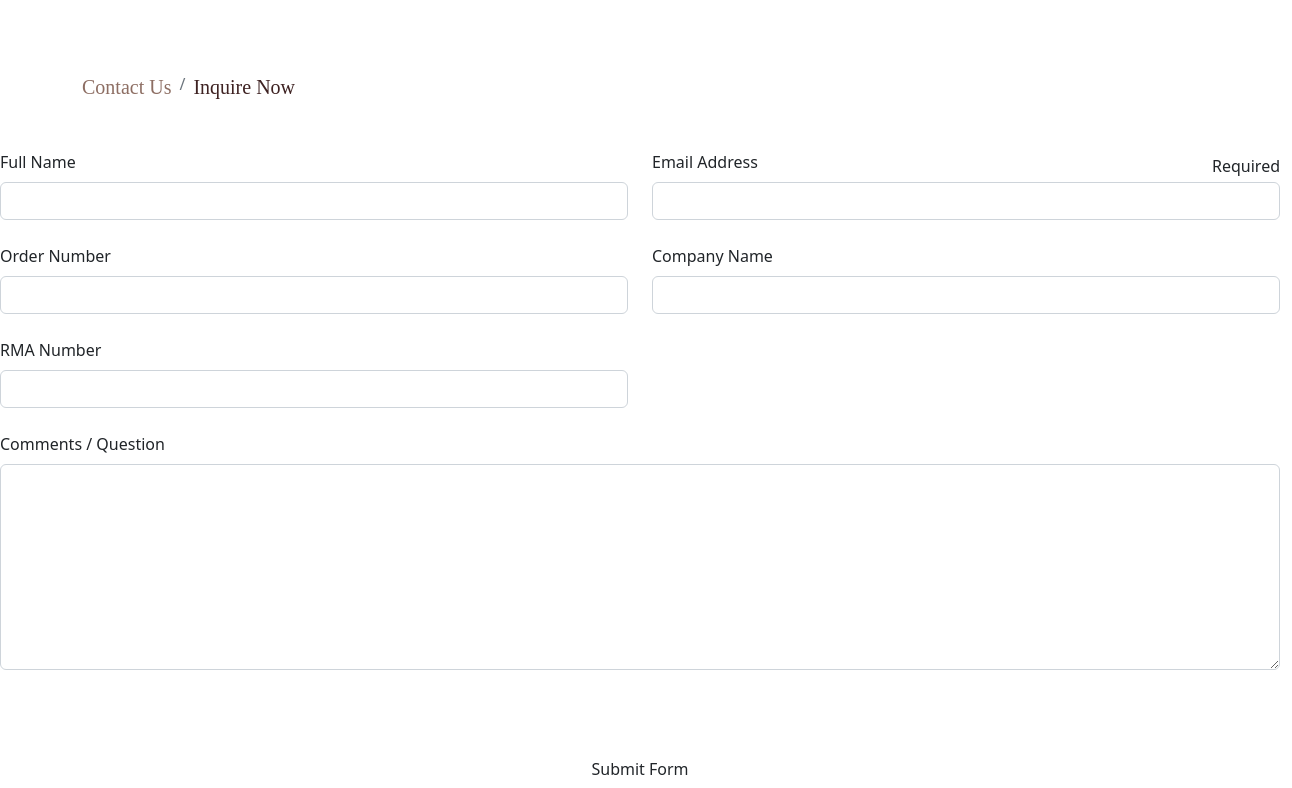
Repository: kaushalyaweerakoon/Plantation-Villa
Page: contact-us.html
An editor plug-in stored every save of this project. The page is shown before and after the next save, followed by the edit.
The browser window is 1280 px wide. The page is 1292 px wide, so the pictures cover 1292 px, including what lies to the right of the window. The pictures show the part of the page from y = 1313 to 2101 px (the page is 2101 px tall before and 1913 px after).
Some web fonts or font styles are not loaded; a fallback is used.

Above is the page before, as saved 2022-08-15 14:55:18.
Not found: assets/js/main.js

### contact-us.html
<!doctype html>
<html lang="en">

<head>
    <meta charset="utf-8">
    <meta name="viewport" content="width=device-width, initial-scale=1">

    <title>Plantation Villa| News Inner</title>

    <!-- Bootstrap css -->
    <link href="https://cdn.jsdelivr.net/npm/bootstrap@5.2.0-beta1/dist/css/bootstrap.min.css" rel="stylesheet"
        integrity="sha384-0evHe/X+R7YkIZDRvuzKMRqM+OrBnVFBL6DOitfPri4tjfHxaWutUpFmBp4vmVor" crossorigin="anonymous">

    <!-- fonts -->
    <link href="http://fonts.cdnfonts.com/css/segoe-ui-4" rel="stylesheet">
    <link rel="preconnect" href="https://fonts.googleapis.com">
    <link rel="preconnect" href="https://fonts.gstatic.com" crossorigin>

    <!-- swiperJS -->
    <link rel="stylesheet" href="https://unpkg.com/swiper@8/swiper-bundle.min.css" />

    <!-- custom css -->
    <link rel="stylesheet" href="asserts/css/main.css">

</head>


<!-- Section 2-->
<section class="container mt-md-4 mt-3 mb-5 pb-4">
    <p class="title pt-3">CONTACT US</p>

    <div class="text-center" id="">
        <p class="text">
            Lorem ipsum dolor sit amet, consectetur adipiscing elit. Cras cursus velit eu efficitur ultricies. Ut
            interdum et ipsum quis mattis. Sed bibendum arcu non sodales euismod. Proin ac metus quis ligula tempus
            commodo id a nunc.
        </p>
    </div>
</section>

<div class="container pb-4">
    <!-- Breadcrumb -->
    <nav aria-label="" class="mt-5 mb-4 ">
        <ol class="breadcrumb">
            <li class="breadcrumb-item"><a href="" class="breadcrumb-text fs-13-px text-font-family">Contact
                    Us </a>
            <li class="breadcrumb-item"><a href="" aria-current="page"
                    class="breadcrumb-text active fs-13-px text-font-family">Get In Touch</a>
            </li>
        </ol>
    </nav>
    <!--/ Breadcrumb -->

    <div class="row gy-3 gx-4">
        <div class="col-md-4 col-xl-2 pe-xl-5">

            <div class="col-xl-12 pb-5">
                <p class="country-text">Sri Lanka</p>
                <p class="">Wattalaya Watta,<br>
                    Nehinna, Dodangoda,<br>
                    Kalutara, Sri Lanka</p>
                <ul class="list-unstyled">
                    <li><a class="mb-3 lh-lg text-dark text-decoration-none"
                            href="reservations@srimal.com">reservations@srimal.com</a>
                    </li>
                    <li><a class="text-dark text-decoration-none" href="tel:++090123456789">+090123456789</a></li>
                </ul>
            </div>
        </div>

        <div class="col-md-4 col-xl-2 pe-xl-5">
        </div>

        <div class="col-md-4 col-xl-2 pe-xl-5">
            <div class="col-xl-12 pb-5">
                <p class="country-text">UK</p>
                <p class="">Wattalaya Watta,<br>
                    Nehinna, Dodangoda,<br>
                    Kalutara, Sri Lanka</p>
                <ul class="list-unstyled">
                    <li><a class="mb-3 lh-lg text-dark text-decoration-none"
                            href="reservations@srimal.com">reservations@srimal.com</a>
                    </li>
                    <li><a class="text-dark text-decoration-none" href="tel:++090123456789">+090123456789</a></li>
                </ul>
            </div>

        </div>
    </div>
</div>


<!-- map section-->
<section class="container mt-md-4 mt-3 mb-5 pb-4">

    <div class="ratio" style="--bs-aspect-ratio: 50%;">
        <iframe
            src="https://www.google.com/maps/embed?pb=!1m14!1m8!1m3!1d52824.16461165647!2d80.37247646048803!3d7.61515466786648!3m2!1i1024!2i768!4f13.1!3m3!1m2!1s0x3ae333391ecc0a0d%3A0x8a95434c984a12bf!2sARALIYA%20HOTEL!5e0!3m2!1sen!2slk!4v1660547131912!5m2!1sen!2slk"
            width="600" height="450" style="border:0;" allowfullscreen="" loading="lazy"
            referrerpolicy="no-referrer-when-downgrade"></iframe>
    </div>
</section>
<!-- map section -->

<!-- Breadcrumb -->
<div class="container pb-4">
    <nav aria-label="" class="mt-5 mb-4 ">
        <ol class="breadcrumb">
            <li class="breadcrumb-item"><a href="" class="breadcrumb-text fs-13-px text-font-family">Contact
                    Us </a>
            <li class="breadcrumb-item"><a href="" aria-current="page"
                    class="breadcrumb-text active fs-13-px text-font-family">Inquire Now</a>
            </li>
        </ol>
    </nav>
</div>
<!--/ Breadcrumb -->

<div id="contact-us">
    <form>
        <div class="row row-cols-1 row-cols-md-2 mb-5 pb-2">
            <div class="col mb-4">
                <label for="fullname" class="form-label">Full Name</label>
                <input type="text" class="form-control" id="fullname" aria-describedby="emailHelp">
            </div>

            <div class="col mb-4">
                <div class="d-flex justify-content-between align-items-center">
                    <label for="emailaddress" class="form-label">Email Address</label>
                    <label class="required">Required</label>
                </div>
                <input type="email" class="form-control" id="emailaddress" aria-describedby="emailHelp">
            </div>
            <div class="col mb-4">
                <label for="order" class="form-label">Order Number</label>
                <input type="text" class="form-control" id="order">
            </div>
            <div class="col mb-4">
                <label for="company" class="form-label">Company Name</label>
                <input type="text" class="form-control" id="company" aria-describedby="emailHelp">
            </div>
            <div class="col mb-4">
                <label for="rma" class="form-label">RMA Number</label>
                <input type="text" class="form-control" id="rma">
            </div>
            <div class="col-md-12 mb-4">
                <label for="comment" class="form-label">Comments / Question</label>
                <textarea class="form-control h-auto" id="comment" rows="8"></textarea>
            </div>
        </div>
        <div class="d-flex justify-content-center">
            <button type="submit" class="btn submit-form-button text-font-family fs-18-px">Submit Form</button>
        </div>
    </form>
</div>
</section>



<!-- bootstrap -->
<script src="https://cdn.jsdelivr.net/npm/bootstrap@5.2.0-beta1/dist/js/bootstrap.bundle.min.js"
    integrity="sha384-pprn3073KE6tl6bjs2QrFaJGz5/SUsLqktiwsUTF55Jfv3qYSDhgCecCxMW52nD2"
    crossorigin="anonymous"></script>

<!-- swiperJS -->
<script src="https://unpkg.com/swiper@8/swiper-bundle.min.js"></script>

<!-- custom script -->
<script src="assets/js/main.js"></script>


</body>

</html>

### asserts/css/main.css
/* Call the root */
:root {
  --Lora-font: 'Lora';
  --Segoe-font: 'Segoe UI';

  --font-size-14px: 18px;
  --font-size-20px: 20px;
  --font-size-22px: 22px;
  --font-size-25px: 25px;
  --font-size-30px: 30px;
  --font-size-35px: 35px;
  --font-size-40px: 40px;

  --font-color-8d6e63: #8d6e63;
  --font-color-3e2222: #3e2222;
  --bggreen: #7d824a;
  --co-white: #ffffff;
}

/* Create clases for fronts */
.Lora-ff {
  font-family: var(--Lora-font);
}

.Segoe-ff {
  font-family: var(--Segoe-font);
}

/* Create clases for front sizes*/
.fs-18-px {
  font-size: var(--font-size-18px)
}

.fs-20-px {
  font-size: var(--font-size-20px)
}

.fs-22-px {
  font-size: var(--font-size-22px)
}

.fs-25-px {
  font-size: var(--font-size-22px)
}

.fs-30-px {
  font-size: var(--font-size-30px)
}

.fs-35-px {
  font-size: var(--font-size-35px)
}

.fs-40-px {
  font-size: var(--font-size-40px)
}

/* Color */
.txt-purple {
  color: var(--font-color-8d6e63)
}

.txt-red {
  color: var(--font-color-3e2222)
}

/* news inner */

/* Breadcrumb */
.breadcrumb-text {
  font-family: var(--Lora-font);
  text-decoration: none;
  color: var(--font-color-8d6e63);
  font-weight: normal;
  font-size: var(--font-size-20px);
}

.breadcrumb-text.active {
  color: var(--font-color-3e2222);
  text-decoration: none;
  font-weight: normal;
}

.breadcrumb-text:hover {
  font-family: var(--Lora-font);
  font-size: var(--font-size-35px);
  color: var(--font-color-8d6e63);
  text-decoration: none;
}

/* -- */

.newsinner-date {
  color: var(--font-color-8d6e63);
  font-family: var(--Segoe-font);
  font-size: var(--font-size-20px);
}

.newsinner-head {
  color: var(--font-color-3e2222);
  font-family: var(--Lora-font);
  font-size: 45px;
  font-weight: normal;
}

.newsinner-text{
  font-size: var(--font-size-22px);
  font-family: var(--Segoe-font);
}

/* Heading */

.title {
  font-size: var(--font-size-30px);
  font-family: var(--Segoe-font);
  color: var(--font-color-8d6e63);
  text-align: center;
  margin-bottom: clamp(40px, 5vw, 71px);
}
.text{
  font-size: var(--font-size-22px);
  font-family: var(--Segoe-font);
  color: #000;
}

/* contact us */
.country-text {
  font-family: var(--Lora-font)!important;
  color: var(--font-color-3e2222);
  font-weight: normal;
  font-size: var(--font-size-30px);
}

After the next save:
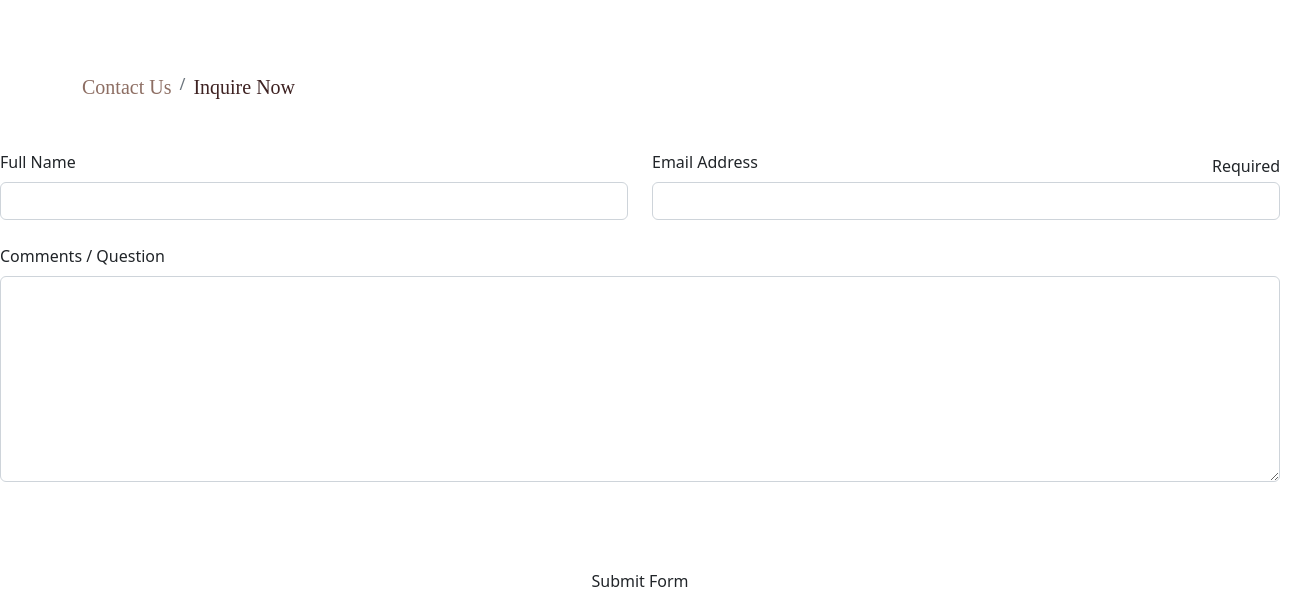
Saved 29 s later.
--- a/contact-us.html
+++ b/contact-us.html
@@ -131,18 +131,6 @@
                 </div>
                 <input type="email" class="form-control" id="emailaddress" aria-describedby="emailHelp">
             </div>
-            <div class="col mb-4">
-                <label for="order" class="form-label">Order Number</label>
-                <input type="text" class="form-control" id="order">
-            </div>
-            <div class="col mb-4">
-                <label for="company" class="form-label">Company Name</label>
-                <input type="text" class="form-control" id="company" aria-describedby="emailHelp">
-            </div>
-            <div class="col mb-4">
-                <label for="rma" class="form-label">RMA Number</label>
-                <input type="text" class="form-control" id="rma">
-            </div>
             <div class="col-md-12 mb-4">
                 <label for="comment" class="form-label">Comments / Question</label>
                 <textarea class="form-control h-auto" id="comment" rows="8"></textarea>
